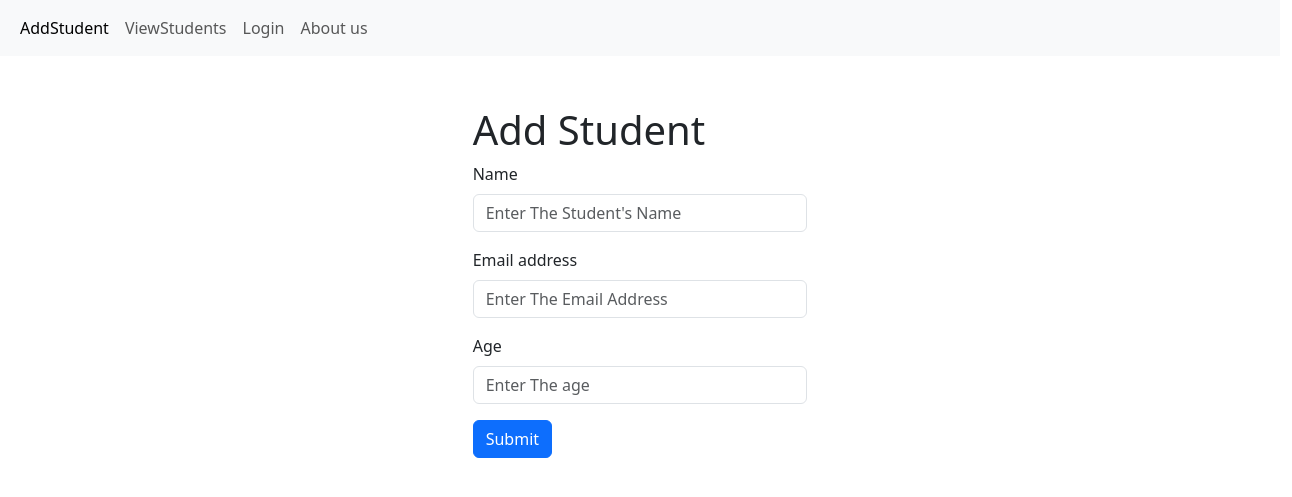
Repository: Manojs14/StudentManagementSystem
Page: http://localhost/Crud_form/
The author's editor kept a copy of each file at every save. The page is drawn from the files as they stood at one save, then again after the next save.
The browser window is 1280 px wide. The page is 1292 px wide, so the pictures cover 1292 px, including what lies to the right of the window. The pictures show the whole page.
The page is served by Tomcat 9. Nobody is signed in. The application's start-up code is not run.

Above is the page before, as saved 2024-07-11 04:30:15.

After the next save:
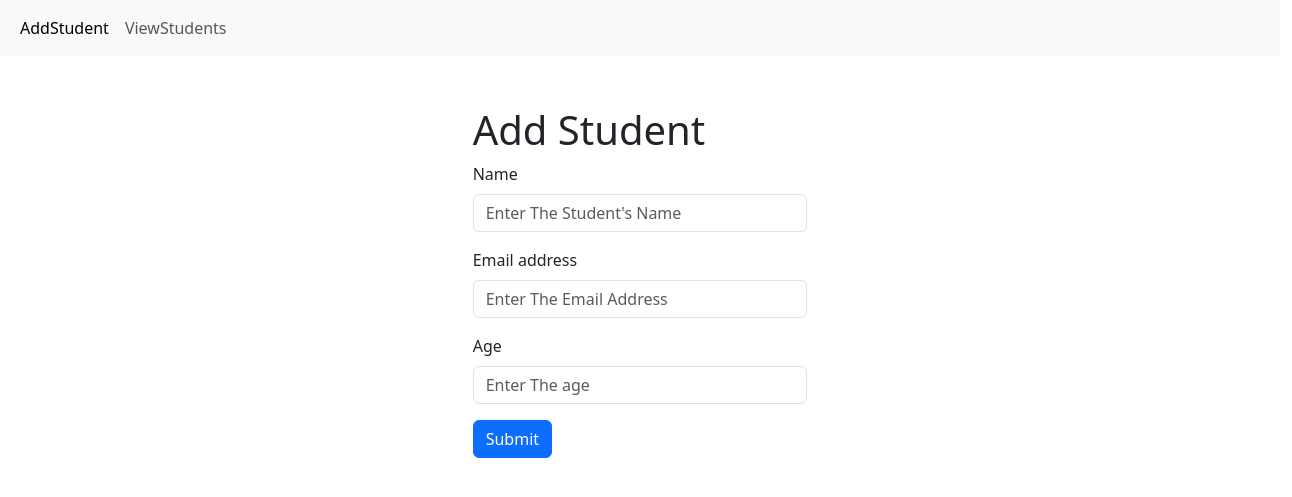
Saved 94 s later.
--- a/Crud_form/src/main/webapp/index.jsp
+++ b/Crud_form/src/main/webapp/index.jsp
@@ -23,10 +23,6 @@
 						aria-current="page" href="index.jsp">AddStudent</a></li>
 					<li class="nav-item"><a class="nav-link" href="list.jsp">ViewStudents</a>
 					</li>
-					<li class="nav-item"><a class="nav-link" href="login.jsp">Login</a>
-					</li>
-					<li class="nav-item"><a class="nav-link" aria-disabled="true" href="aboutus.jsp">About
-							us</a></li>
 				</ul>
 			</div>
 		</div>
